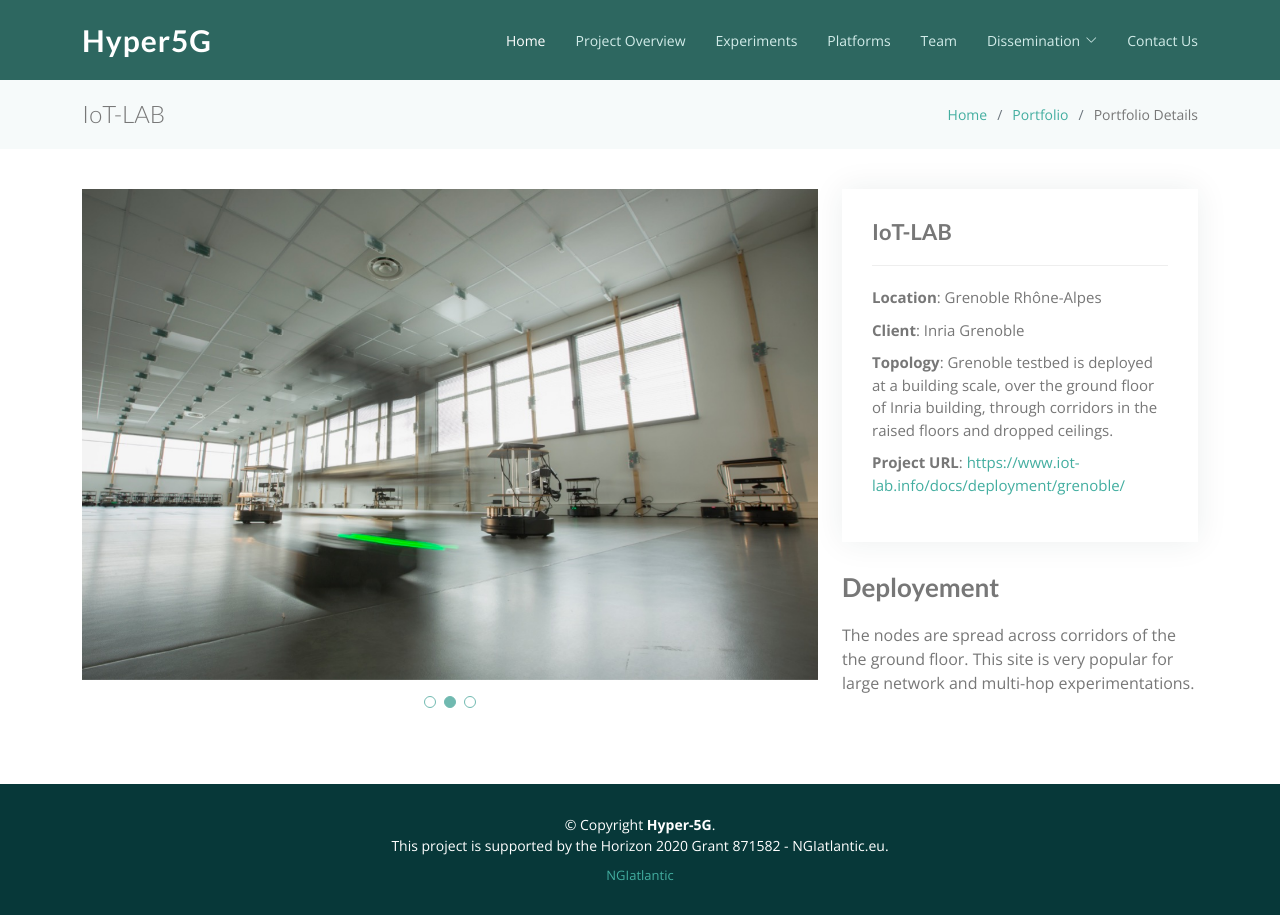
Repository: hakiri/Hyper5G
Page: portfolio-details.html
The author's editor kept a copy of each file at every save. The page is drawn from the files as they stood at one save, then again after the next save.
The browser window is 1280 px wide. The pictures show the whole page.

Above is the page before, as saved 2022-07-23 15:31:19.

After the next save:
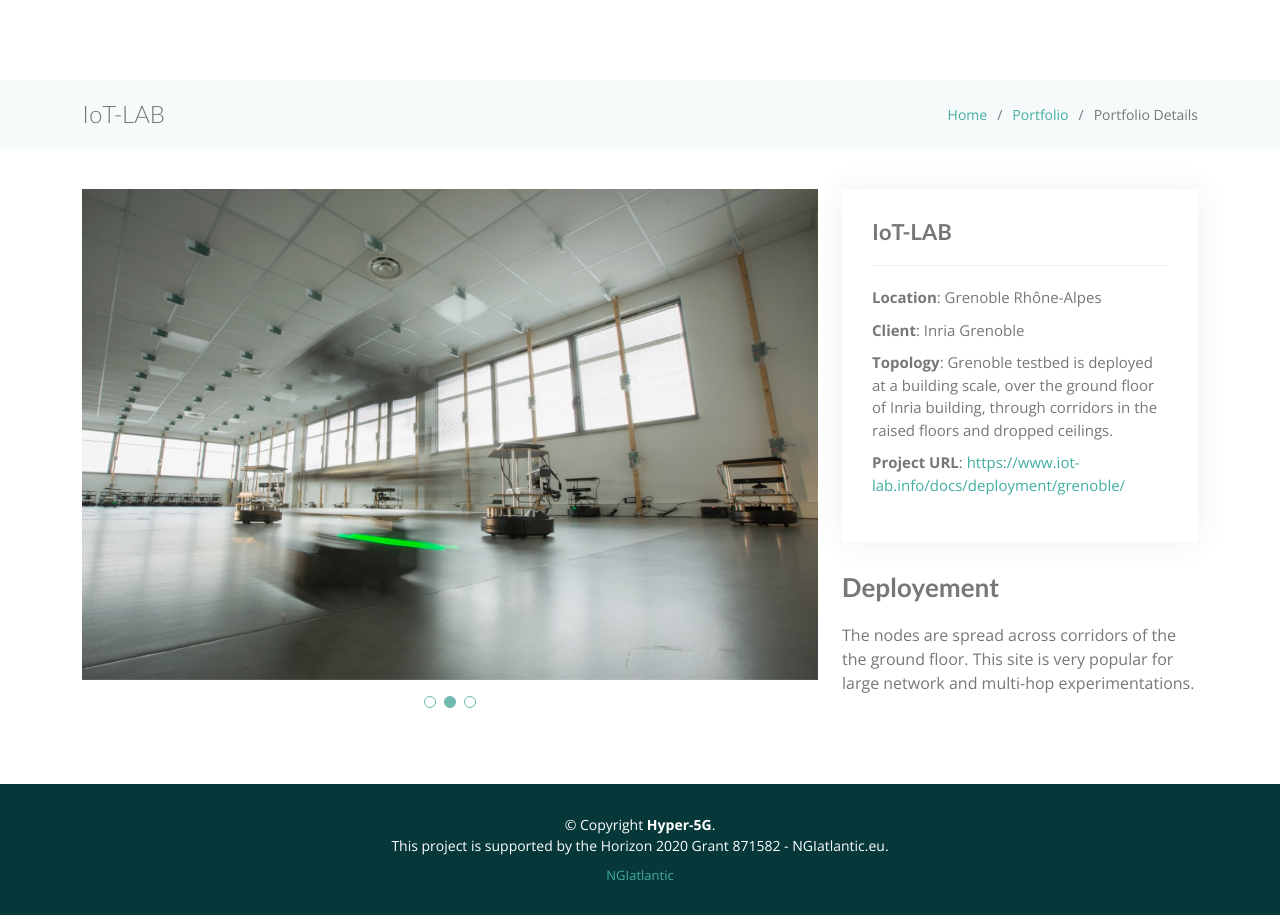
Saved 3 min 59 s later.
--- a/portfolio-details.html
+++ b/portfolio-details.html
@@ -35,49 +35,7 @@
 
 <body>
 
-    <!-- ======= Header ======= -->
-    <header id="header" class="fixed-top d-flex align-items-center">
-        <div class="container d-flex align-items-center">
 
-            <div class="logo me-auto">
-                <h1><a href="index.html">Hyper5G</a></h1>
-                <!-- Uncomment below if you prefer to use an image logo -->
-                <!-- <a href="index.html"><img src="assets/img/logo.png" alt="" class="img-fluid"></a>-->
-            </div>
-
-            <nav id="navbar" class="navbar">
-                <ul>
-                    <li><a class="nav-link scrollto active" href="#hero">Home</a></li>
-                    <li><a class="nav-link scrollto" href="#about">Project Overview</a></li>
-                    <li><a class="nav-link scrollto" href="#services">Experiments</a></li>
-                    <li><a class="nav-link scrollto" href="#portfolio">Platforms</a></li>
-                    <li><a class="nav-link scrollto" href="#team">Team</a></li>
-                    <li class="dropdown"><a href="#"><span>Dissemination</span> <i class="bi bi-chevron-down"></i></a>
-                        <ul>
-                            <li><a href="#">Delivrables</a></li>
-                            <!-- <li class="dropdown"><a href="#"><span>Deep Drop Down</span> <i class="bi bi-chevron-right"></i></a>
-                                <ul>
-                                    <li><a href="#">Deep Drop Down 1</a></li>
-                                    <li><a href="#">Deep Drop Down 2</a></li>
-                                    <li><a href="#">Deep Drop Down 3</a></li>
-                                    <li><a href="#">Deep Drop Down 4</a></li>
-                                    <li><a href="#">Deep Drop Down 5</a></li>
-                                </ul>
-                            </li> -->
-                            <li><a href="#">Publications</a></li>
-                            <li><a href="#">Multimedia</a></li>
-                            <li><a href="#">Outreach</a></li>
-                        </ul>
-                    </li>
-                    <li><a class="nav-link scrollto" href="#contact">Contact Us</a></li>
-                </ul>
-                <i class="bi bi-list mobile-nav-toggle"></i>
-            </nav>
-            <!-- .navbar -->
-
-        </div>
-    </header>
-    <!-- End #header -->
 
     <main id="main">
 
